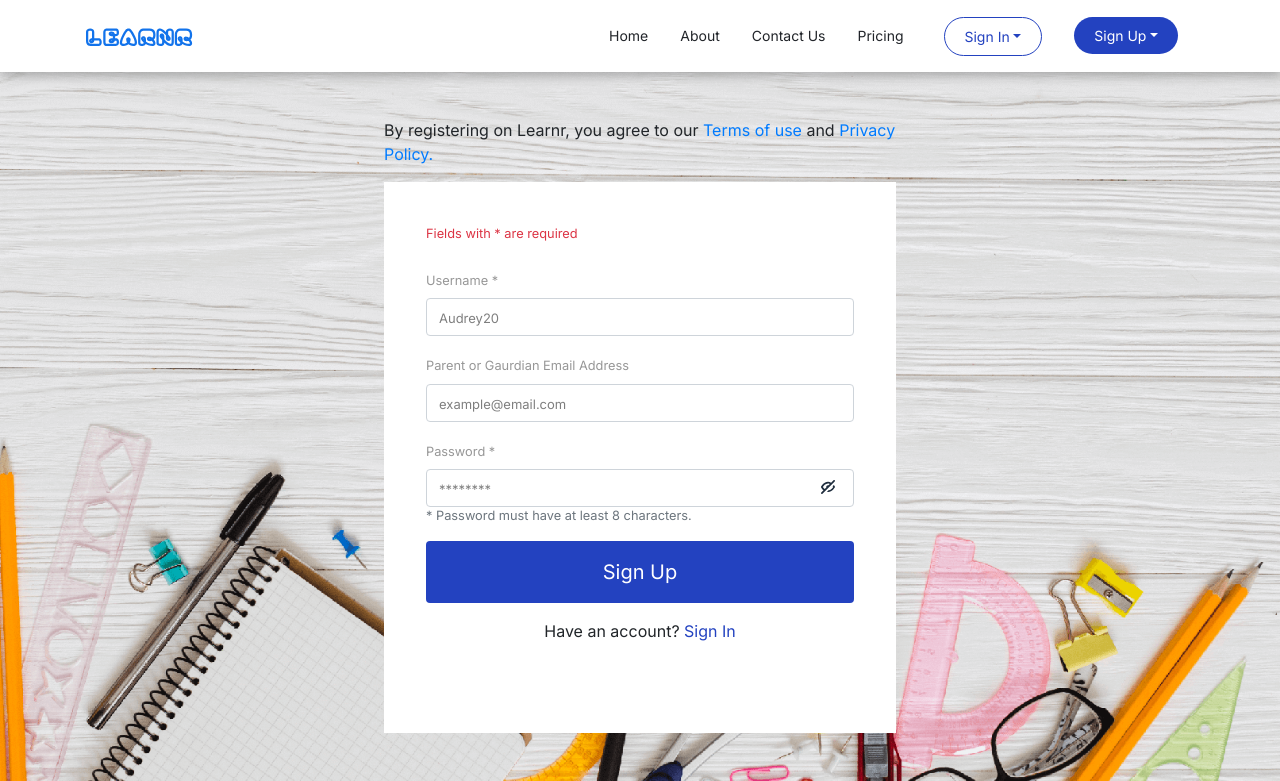
Repository: LearnrApp/Learnr-web-app-FE
Page: /students/signup
The author's editor kept a copy of each file at every save. The page is drawn from the files as they stood at one save, then again after the next save.
The browser window is 1280 px wide. The pictures show the whole page.
The project was rebuilt for these pictures with package versions that can differ from the ones it lists, and the page was loaded fresh each time. Also part of the build but not shown: src/components/Footer.js, src/components/Header/Button.js, src/components/Header/Background.js, src/components/SubjectCard.js, src/components/classSelect/WelcomeJs1.js, src/components/classSelect/WelcomeJs2.js, src/components/classSelect/WelcomeJs3.js, src/components/classSelect/WelcomeSs1.js and 43 more.

Above is the page before, as saved 2020-08-13 10:36:23.

After the next save:
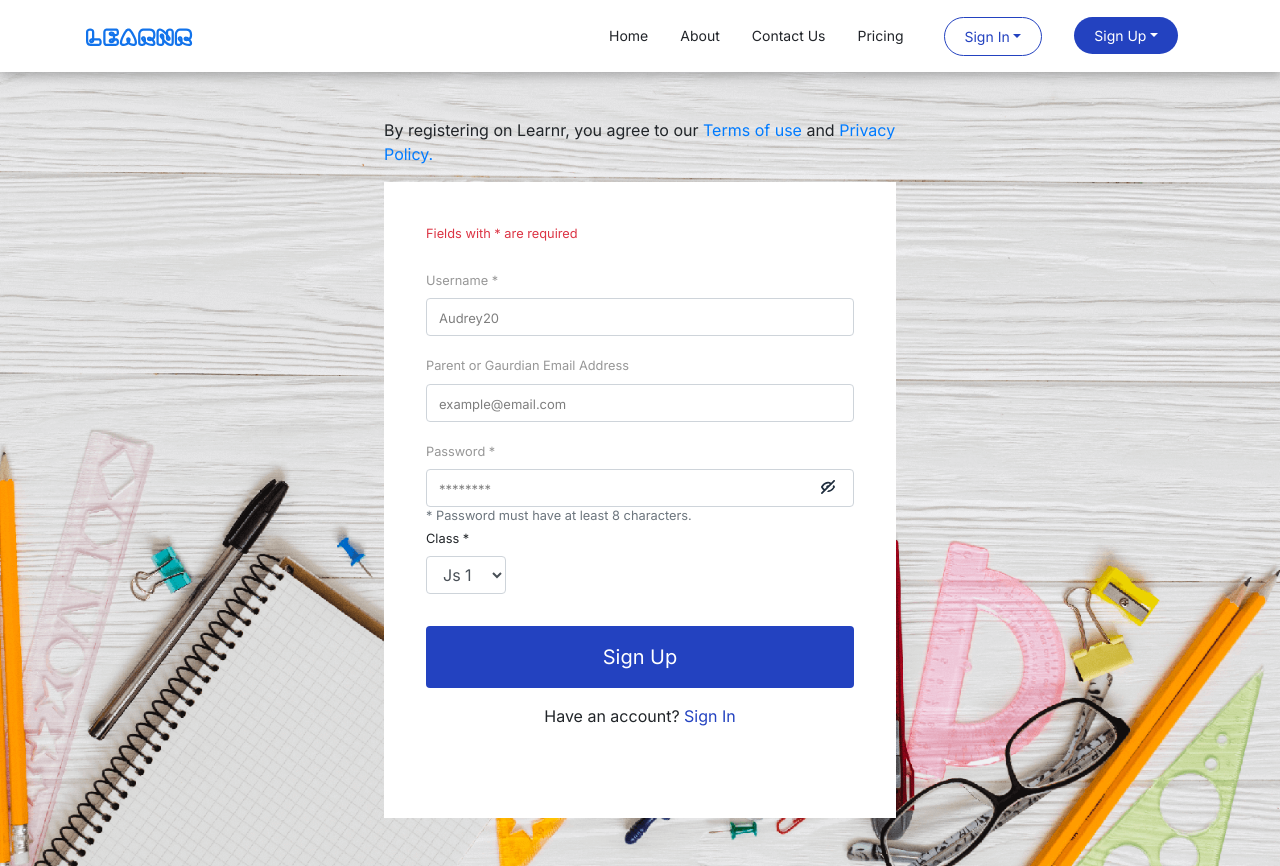
Saved 6 min 8 s later.
--- a/src/pages/student/StudentSignup.js
+++ b/src/pages/student/StudentSignup.js
@@ -15,6 +15,7 @@ const StudentSignup = () => {
     const password = document.getElementById('password').value
     const pEmail = document.getElementById('parentEmail').value
     const statusMessage = document.getElementById('status-message')
+    const id = document.getElementById('classes').value
 
     // const form = document.getElementById('registerStudent')
     if(username === '' && password === '') {
@@ -49,8 +50,8 @@ const StudentSignup = () => {
       // }
 
       try {
-        const { data } = await StudentRegister(studentData)
-        console.log(data)
+        const { data } = await StudentRegister(studentData, id)
+        // console.log(data)
         if (data.status === 'error: user-exists') {
           statusMessage.innerHTML = data.msg
           statusMessage.classList.remove('msg-show')
@@ -140,17 +141,17 @@ const StudentSignup = () => {
                       <option>Prefer not to say</option>
                     </Form.Control>
                   </Form.Group> */}
-                  {/* <Form.Group controlId="class.ControlSelect">
+                  <Form.Group controlId="class.ControlSelect">
                     <Form.Label className="small text-right">Class *</Form.Label>
                     <Form.Control id="classes" as="select">
-                      <option>Js 1</option>
+                      <option value="5f3380f4a21afc4bbccf84a0">Js 1</option>
                       <option>Js 2</option>
                       <option>Js 3</option>
                       <option>Ss 1</option>
                       <option>Ss 2</option>
                       <option>Ss 3</option>
                     </Form.Control>
-                  </Form.Group> */}
+                  </Form.Group>
                 </div>
                 <Button onClick={(e) => register(e)} style={{fontSize: '20px'}} className="general-btn-2 my-3 py-3" type="submit">
                   Sign Up
